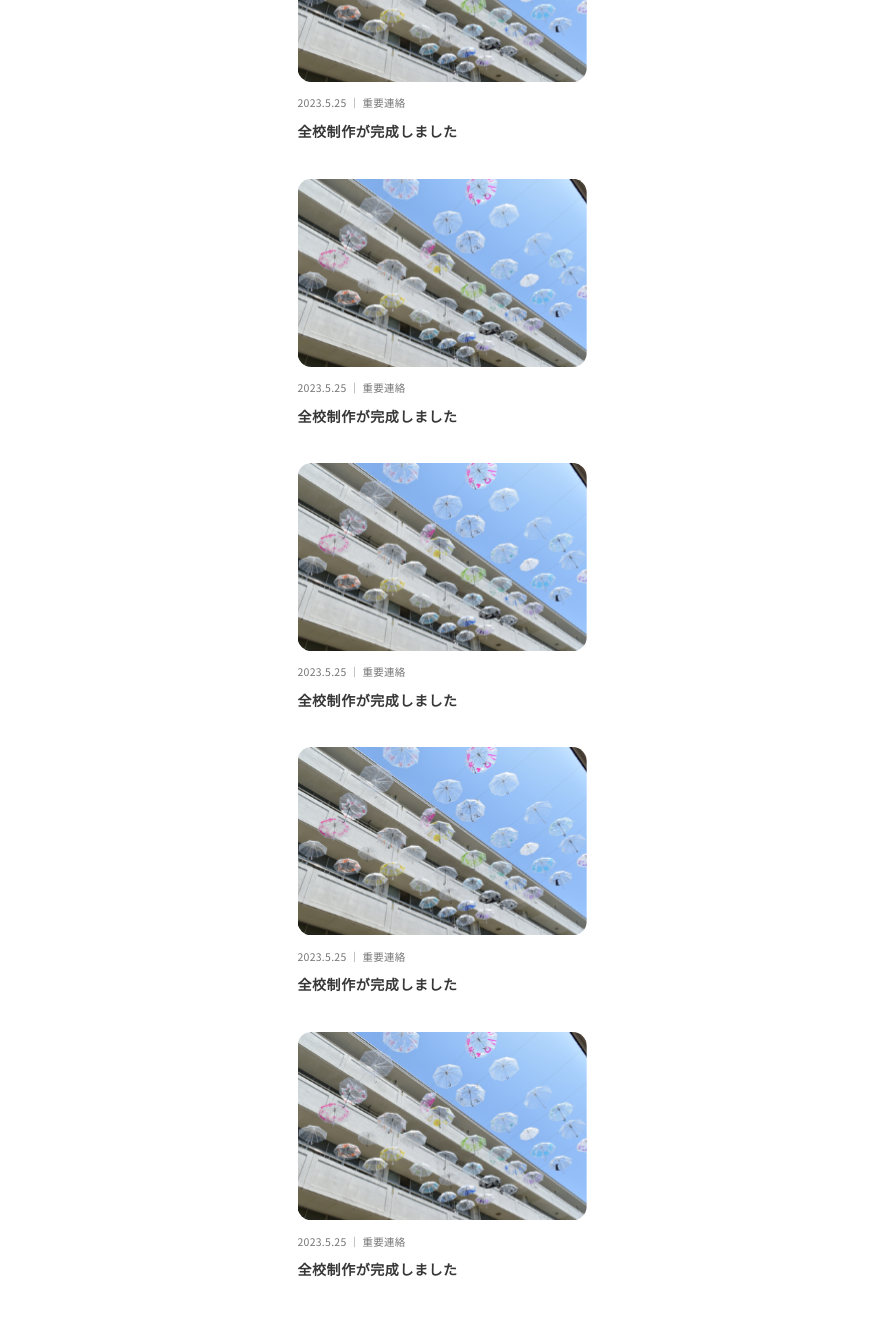
Repository: Mochimochimarimo/sample
Page: article.html
The author's editor kept a copy of each file at every save. The page is drawn from the files as they stood at one save, then again after the next save.
The browser window is 1280 px wide. The pictures show the part of the page from y = 2376 to 4276 px (the page is 4596 px tall before and 5003 px after), at 70% of full size.
A picture or video elsewhere on the page could not be fetched, so the positions and the page height are approximate. Some web fonts or font styles are not loaded; a fallback is used.

Above is the page before, as saved 2023-04-30 23:14:40.

### article.html
<!DOCTYPE html>
<html>
    <head>
        <meta charset="utf-8">
        <meta name="viewport" content="width=device-width, initial-scale=1">
        <title>新着投稿-彩西祭2023</title>
        <meta name="description" content="メタディスクリプション" />
        <link rel="stylesheet" href="https://cdn.jsdelivr.net/npm/swiper@9/swiper-bundle.min.css" />
        <link rel="stylesheet" href="css/style.css">
        <link rel="stylesheet" href="css/article.css">
        <!-- Favicon設定-->
        <link rel="apple-touch-icon" href="">
        <link type="image/x-icon" rel="icon" href="">
        <!-- OG image settings-->
        <meta property="og:description" content="メタディスクリプション">
        <meta property="og:image" content="file/og_image.png">
        <!--Google Fonts読み込み-->
        <link rel="preconnect" href="https://fonts.googleapis.com">
        <link rel="preconnect" href="https://fonts.gstatic.com" crossorigin>
        <link
            href="https://fonts.googleapis.com/css2?family=Noto+Sans+JP:wght@400;500;700&family=Zen+Kaku+Gothic+Antique:wght@500;700&family=Zen+Kaku+Gothic+New:wght@500;700&display=swap"
            rel="stylesheet">
    </head>
    <body>
        <header>
            <a href="index.html"><img id="header_icon" src="files/header_icon.png"></a>
            <!--  ハンバーガーボタン  -->
            <div class="hamburger"><span></span><span></span><span></span></div>
            <nav class="hamburger_list">
                <div id="header_top" class="header_menu"><a href="index.html" class="header_menu"><h1>トップページ</h1></a></div>
                <div id="header_contents" class="header_menu toggle_menu"><a href="index.html#section_contents" class="header_menu"><h1>コンテンツ</h1></a><div class="subMenu"><span></span><span></span></div></div>
                <a class="menu_open" href="pamphlet.html"><h3>デジタル版パンフレット</h3></a>
                <a class="menu_open" href="themeillust.html"><h3>テーマイラスト紹介</h3></a>
                <a class="menu_open" href="map.html"><h3>校内マップ</h3></a>
                <a class="menu_open" href="tenji.html"><h3>展示内容紹介</h3></a>
                <div id="header_articles" class="header_menu"><a href="articles.html"><h1>記事一覧</h1></a></div>
                <div id="header_about" class="header_menu"><a href="about.html" class="header_menu"><h1>彩西祭について</h1></a></div>
            </nav>
            <div class="circle-bg"></div>
        </header>
        <div id="topImage">
            <img id="topImage_desktop" src="files/article_top.png" alt="">
        </div>
        <div class="section">
            <div id="article_title"><h1>【生徒執筆記事】当日の様子①</h1></div>
            <div id="article_organization">
                <img src="files/article_art.svg" alt="">
            </div>
            <div id="article_text">
                <p>　今年度の彩西祭の開催形式が決定したのでお知らせします。コロナ感染の状況が不安定であるため一般公開は行いません。（本校生徒保護者については決定次第お伝えします。）実際にいらっしゃることを楽しみにしてくださった方、申し訳ございません。
                <br>　その代わり、このホームページの展示案内のページでは、各HR展・部展の見所などを掲載する予定です。また、このホームページにて吹奏楽部・弦楽部・演劇部などの発表の様子を録画、編集した映像の一部を後日、YouTubeにて限定公開する予定です。さらに、この記事ページでも、これから準備の様子や当日の様子などを描く予定なのでお楽しみに！
                </p>
            </div>
        </div>
        <div id="article_img" class="section"><img src="files/article_example.png" alt=""></div>
        <div id="section_articles" class="section">
            <div class="title">
                <img class="title_svg" src="files/articles.svg">
            </div>
            <a href="#"><img id="articles_link" src="files/news_link.svg"></a>
            <div class="articles_holder">
                <a href="#">
                    <div id="articles1" class="articles_contents">
                        <img src="files/articles_img.svg" alt="">
                        <div class="articles_description">
                            <p>2023.5.25 ｜ 重要連絡</p>
                            <h1>全校制作が完成しました</h1>
                        </div>
                    </div>
                </a>
                <a href="#">
                    <div id="articles2" class="articles_contents">
                        <img src="files/articles_img.svg" alt="">
                        <div class="articles_description">
                            <p>2023.5.25 ｜ 重要連絡</p>
                            <h1>全校制作が完成しました</h1>
                        </div>
                    </div>
                </a>
                <a href="#">
                    <div id="articles3" class="articles_contents">
                        <img src="files/articles_img.svg" alt="">
                        <div class="articles_description">
                            <p>2023.5.25 ｜ 重要連絡</p>
                            <h1>全校制作が完成しました</h1>
                        </div>
                    </div>
                </a>
                <a href="#">
                    <div id="articles4" class="articles_contents">
                        <img src="files/articles_img.svg" alt="">
                        <div class="articles_description">
                            <p>2023.5.25 ｜ 重要連絡</p>
                            <h1>全校制作が完成しました</h1>
                        </div>
                    </div>
                </a>
                <a href="#">
                    <div id="articles5" class="articles_contents">
                        <img src="files/articles_img.svg" alt="">
                        <div class="articles_description">
                            <p>2023.5.25 ｜ 重要連絡</p>
                            <h1>全校制作が完成しました</h1>
                        </div>
                    </div>
                </a>
                <!--最後のみボーダーを消すスタイル追加-->
                <a href="#">
                    <div id="articles6" class="articles_contents" style="border:none;">
                        <img src="files/articles_img.svg" alt="">
                        <div class="articles_description">
                            <p>2023.5.25 ｜ 重要連絡</p>
                            <h1>全校制作が完成しました</h1>
                        </div>
                    </div>
                </a>
            </div>
        </div>
        <footer>
            <div class="footer_contents">
                <div class="footer_icon"><img src="files/header_icon.svg" alt=""></div>
                <div class="footer_items" id="footer_items_1">
                    <a href="#"><img src="files/footer_about.svg" alt=""></a>
                    <a href="#"><img src="files/footer_map.svg" alt=""></a>
                    <a href="#"><img src="files/footer_timetable.svg" alt=""></a>
                </div>
                <div class="footer_items" id="footer_items_2">
                    <a href="#"><img src="files/footer_display.svg" alt=""></a>
                    <a href="#"><img src="files/footer_HP.svg" alt=""></a>
                </div>
                <div class="school_addres"><img src="files/school_addres.svg" alt=""></div>
            </div>
        </footer>
        <!--jQuery読み込み-->
        <script src="https://code.jquery.com/jquery-3.4.1.min.js" integrity="sha256-CSXorXvZcTkaix6Yvo6HppcZGetbYMGWSFlBw8HfCJo=" crossorigin="anonymous"></script>
        <!--Hamburger buttond JS-->
        <script>
            $(function() {
                $('.hamburger').click(function() {
                    $(this).toggleClass('active');

                    if ($(this).hasClass('active')) {
                        $('.hamburger_list').addClass('active');
                        $(".circle-bg").addClass('circleactive');//丸背景にcircleactiveクラスを付与
                    } else {
                        $('.hamburger_list').removeClass('active');
                        $(".circle-bg").removeClass('circleactive');//丸背景にcircleactiveクラスを付与
                    }
                });

                $('.subMenu').click(function() {
                    $(this).toggleClass('active');

                    if ($(this).hasClass('active')) {
                        $('.subMenu').addClass('active');
                        $('.menu_open').addClass('active');
                    } else {
                        $('.subMenu').removeClass('active');
                        $('.menu_open').removeClass('active');
                    }
                });

            });
        </script>
    </body>
</html>

### css/style.css
/* ページ内にid指定でリンクする際にスクロールアニメーションを表示するため*/
html{scroll-behavior: smooth;}

/*スタイルリセット＋リンクホバーアニメーション追加*/
body{
    margin: 0;
    padding: 0;
    border: 0;
    -webkit-text-size-adjust: 100%;
    z-index: 10;
}

a{
    color: #333;
    margin: 0;
    padding: 0;
    text-decoration: none;
}

a:hover,
a:active{
    text-decoration: none;
    cursor: pointer;
}

header{
    position: fixed;
    top: 0px;
    left: 0px;
    background-color: rgb(255, 255, 255);
    z-index: 100;
}
/*スマホ用のスタイル*/
@media only screen and (max-width: 600px) {
    header{
        width: 100%;
        height: 60px;
        border-bottom: 1px solid #BFBFBF ;
        background-color: white;
        z-index: 90;
    }

    #header_icon{
        width:120px;
        top: 6px;
        left: 13px;
        position: fixed;
        margin: 0;
        z-index: 904;
    }


    /*　ハンバーガーボタン　*/
    .hamburger {
        display : block;
        position: fixed;
        z-index : 903;
        right : 13px;
        top   : 12px;
        width : 42px;
        height: 42px;
        cursor: pointer;
        text-align: center;
    }
    .hamburger span {
        display : block;
        position: absolute;
        width   : 30px;
        height  : 2px ;
        left    : 6px;
        background : #555;
        -webkit-transition: 0.3s ease-in-out;
        -moz-transition   : 0.3s ease-in-out;
        transition        : 0.3s ease-in-out;
    }
    .hamburger span:nth-child(1) {
        top: 10px;
    }
    .hamburger span:nth-child(2) {
        top: 20px;
    }
    .hamburger span:nth-child(3) {
        top: 30px;
    }

    /* ナビ開いてる時のボタン */
    .hamburger.active span:nth-child(1) {
        top : 16px;
        left: 6px;
        -webkit-transform: rotate(-45deg);
        -moz-transform   : rotate(-45deg);
        transform        : rotate(-45deg);
    }

    .hamburger.active span:nth-child(2),
    .hamburger.active span:nth-child(3) {
        top: 16px;
        -webkit-transform: rotate(45deg);
        -moz-transform   : rotate(45deg);
        transform        : rotate(45deg);
    }


    nav.hamburger_list {
        margin: 0;
        padding:  0;
        border: 0;
        position: fixed;
        z-index : -1;
        opacity: 0;
        top  : 60px;
        left : 0%;
        color: #000;
        text-align: left;
        transition: all 0.6s;
        width: 100%;
        height: 160px;
        pointer-events: none;
    }

    /* このクラスを、jQueryで付与・削除する */
    nav.hamburger_list.active {
        z-index : 902;
        opacity: 100%;
        pointer-events: auto;
    }

    .menu_open h3{
        -webkit-transition: 0.3s ease-in-out;
        -moz-transition   : 0.3s ease-in-out;
        transition        : 0.3s ease-in-out;
        translate: 0px -200px;
        z-index: 80;
        pointer-events: none;
        display: none;
    }

    .menu_open.active h3{
        translate:0px 0px;
        pointer-events: auto;
        display: block;
    }

    .subMenu{
        position: absolute;
        right: 0px;
        height: 100%;
        width: 20px;
        top: 0px;
    }

    .subMenu span{
        display : block;
        position: absolute;
        width   : 16px;
        height  : 2px ;
        right    : 3vw;
        top: calc(100% / 2);
        background : #464646;
        -webkit-transition: 0.3s ease-in-out;
        -moz-transition   : 0.3s ease-in-out;
        transition        : 0.3s ease-in-out;
    }

    .subMenu span:nth-child(2){
        -webkit-transform: rotate(90deg);
        -moz-transform   : rotate(90deg);
        transform        : rotate(90deg);
    }

    .subMenu.active span:nth-child(2){
        opacity: 0;
        -webkit-transform: rotate(-90deg);
        -moz-transform   : rotate(-90deg);
        transform        : rotate(-90deg);
    }

    .header_menu{
        position: relative;
        width: 86vw;
        margin:0 0 0 5vw;
        padding:  25px 2vw;
        border-top:0.5px solid #CCCCCC;
        background-color: white;
        z-index: 90;
    }

    nav.hamburger_list h1{
        font-family: 'Zen Kaku Gothic Antique';
        font-style: normal;
        font-weight: 700;
        font-size: 17px;
        line-height: 100%;
        letter-spacing: -0.005em;
        color: #464646;
        margin: 0;
        padding: 0;
    }

    nav.hamburger_list h3{
        font-family: 'Zen Kaku Gothic Antique';
        font-style: normal;
        font-weight: 500;
        font-size: 15px;
        line-height: 100%;
        letter-spacing: -0.005em;
        color: #343434;
        margin: 10px 7vw 30px;
    }

    nav.hamburger_list a{
        text-decoration: none;
        color: black;
        margin:0px;
        padding: 0px;
        width: fit-content;
        display: block;
        border: none !important;
    }

    #header_articles p{
        margin: 30px 0 4px 2px !important;
    }

    /*丸の拡大*/
    .circle-bg{
        position: fixed;
        z-index:3;
        /*丸の形*/
        width: 100px;
        height: 100px;
        border-radius: 50%;
        background: #ffffff;
        /*丸のスタート位置と形状*/
        transform: scale(0);/*scaleをはじめは0に*/
        right:-50px;
        top:-50px;
        transition: all .6s;/*0.6秒かけてアニメーション*/
    }

    .circle-bg.circleactive{
        transform: scale(50);/*クラスが付与されたらscaleを拡大*/
    }

    footer{
        position: relative;
        background-color: #F5F5F5;
        height: 350px;
    }

    .footer_icon img{
        margin-top: 35px;
        width: 34vw;
    }

    .footer_contents{
        position: relative;
        margin-left: 10%;
        display: flex;
        height: 350px;
    }

    #footer_items_1{
        left: 0;
    }

    #footer_items_2{
        left: 40vw;
    }

    .footer_items{
        position: absolute;
        top: 95px;
    }

    .footer_items img{
        height: 3.5vw;
    }

    .school_addres{
        position: absolute;
        bottom: 10px;
    }

    .school_addres img{
        width: 75vw;
    }

    footer a{
        display: block;
        margin-top: 25px;
    }
}


/*タブレット・パソコン用のスタイル*/
@media only screen and (min-width: 600px) {
    header{
        width: 100%;
        height: 60px;
        border-bottom: 1px solid #BFBFBF ;
        background-color: white;
        z-index: 90;
    }

    #header_icon{
        width:120px;
        top: 4px;
        left: 20px;
        position: fixed;
        margin: 0;
        z-index: 904;
    }


    /*　ハンバーガーボタン　*/
    .hamburger {
        display: none;
    }

    nav.hamburger_list {
        margin: 0;
        padding:  0;
        border: 0;
        position: fixed;
        top  : 0;
        left : 0%;
        color: #000;
        text-align: left;
        transition: all 0.6s;
        width: 100%;
        z-index : 902;
        opacity: 100%;
        pointer-events: auto;

    }

    /* このクラスを、jQueryで付与・削除する */
    nav.hamburger_list.active {
    }

    .menu_open a{
        display: none;
    }

    .menu_open h3{
        display: none ;
    }

    .header_menu{
        position: relative;
        width: 130px;
        margin:0;
        padding: 0px ;
        z-index: 90;
        display: inline-block;
        text-align: center;
    }

    .subMenu span{
        display: none;
    }

    .subMenu{
        display: none;
    }

    .header_menu{
        position: fixed;
        top: 20px;
    }

    #header_top{
        right: 380px;
    }

    #header_contents{
        right: 240px;
    }

    #header_articles{
        right: 110px;
    }

    #header_about{
        right: 0px;
    }

    nav.hamburger_list h1{
        display: inline-block;
        font-family: 'Zen Kaku Gothic Antique';
        font-style: normal;
        font-weight: 700;
        font-size: 15px;
        line-height: 100%;
        letter-spacing: 0.045em;
        color: #464646;
        margin: 0;
        padding: 0;

    }

    nav.hamburger_list h3{
        font-family: 'Zen Kaku Gothic Antique';
        font-style: normal;
        font-weight: 500;
        font-size: 15px;
        line-height: 100%;
        letter-spacing: -0.005em;
        color: #343434;
        margin: 10px 7vw 30px;
    }

    nav.hamburger_list a{
        text-decoration: none;
        color: black;
        margin:0px;
        padding: 0px;
        width: fit-content;
        display: block;
        border: none !important;
    }

    footer{
        position: relative;
        background-color: #F5F5F5;
        margin-top: 80px;
        height: 300px;
    }

    .footer_icon{
        position: absolute;
        top: 50px;
    }

    .footer_icon img{
        width: 170px;

    }

    .footer_contents{
        position: relative;
        margin-left: 10%;
        display: flex;
        height: 300px;
    }


    #footer_items_1{
        left: 400px;
    }

    #footer_items_2{
        left: 650px;
    }

    .footer_items{
        position: absolute;
        top: 30px;
    }

    .footer_items img{
        height: 15px;
    }

    .school_addres{
        position: absolute;
        bottom: 20px;
    }

    .school_addres img{
        width: 330px;
    }

    footer a{
        display: block;
        margin-top: 30px;
    }


}

### css/article.css
/*スマホ用のスタイル*/
@media only screen and (max-width: 600px) {

}

/*タブレット・パソコン用のスタイル*/
@media only screen and (min-width: 600px) {
    #topImage_mobile{
        display: none;
    }

    #topImage_desktop{
        width:100%;
    }

    .section{
        position: relative;
        content: "";
        width: 600px;
        margin-left: calc(50vw - 300px);
        margin-top: 80px;
    }

    #article_img img{
        width:auto;
        height:auto;
        max-width:100%;
        max-height:100%;
    }

    #article_title h1{
        top: 0px;
        font-family: 'Noto Sans JP', sans-serif;
        font-weight: 500;
        font-size: 28px;
        letter-spacing: 0.025em;
        line-height: 240.5%;
        color: black;
    }

    #article_text p{
        margin-top: 40px;
        font-family: 'Noto Sans JP', sans-serif;
        font-weight: 500;
        font-size: 18px;
        letter-spacing: 0.025em;
        line-height: 240.5%;
        color: black;
    }

    .body_content{
        position: relative;
        content: "";
        width: 70%;
        margin-left: 15%;
        margin-top: 80px;
    }

    .articles_holder{
        display: flex;
        flex-wrap: wrap;
        justify-content: space-around;
    }

    .articles_contents{
        margin-top: 40px;
        margin-right: 80px;
        width: 350px;
        opacity: 1;
    }

    #articles_link{
        position: absolute;
        left: 85%;
        top: 20px;
    }

    .articles_contents p{
        top: 0px;
        font-family: 'Noto Sans JP', sans-serif;
        font-weight: 500;
        font-size: 15px;
        letter-spacing: 0.025em;
        color: #767676;
    }

    .articles_contents h1{
        top: 38px;
        font-family: 'Yu Gothic';
        font-weight: 700;
        font-size: 20px;
        letter-spacing: 0.04em;
        color: #373737;
    }



}

After the next save:
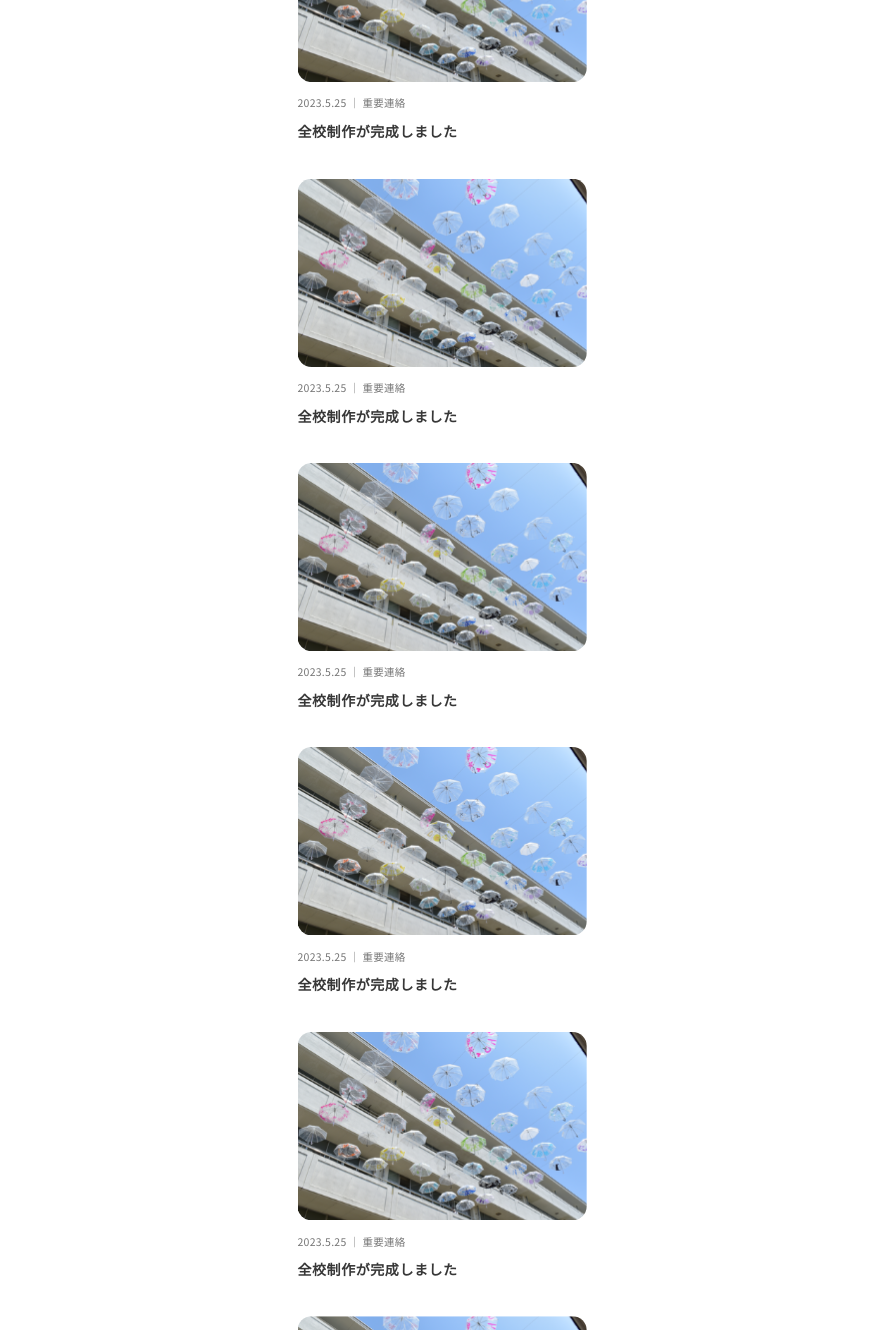
Saved 4 days later.
--- a/article.html
+++ b/article.html
@@ -59,61 +59,71 @@
             </div>
             <a href="#"><img id="articles_link" src="files/news_link.svg"></a>
             <div class="articles_holder">
-                <a href="#">
-                    <div id="articles1" class="articles_contents">
+                <div class="articles_contents">
+                     <a href="#">
                         <img src="files/articles_img.svg" alt="">
                         <div class="articles_description">
                             <p>2023.5.25 ｜ 重要連絡</p>
                             <h1>全校制作が完成しました</h1>
                         </div>
-                    </div>
-                </a>
-                <a href="#">
-                    <div id="articles2" class="articles_contents">
+                    </a>
+                </div>
+                <div class="articles_contents">
+                     <a href="#">
                         <img src="files/articles_img.svg" alt="">
                         <div class="articles_description">
                             <p>2023.5.25 ｜ 重要連絡</p>
                             <h1>全校制作が完成しました</h1>
                         </div>
-                    </div>
-                </a>
-                <a href="#">
-                    <div id="articles3" class="articles_contents">
+                    </a>
+                </div>
+                <div class="articles_contents">
+                     <a href="#">
                         <img src="files/articles_img.svg" alt="">
                         <div class="articles_description">
                             <p>2023.5.25 ｜ 重要連絡</p>
                             <h1>全校制作が完成しました</h1>
                         </div>
-                    </div>
-                </a>
-                <a href="#">
-                    <div id="articles4" class="articles_contents">
+                    </a>
+                </div>
+                <div  class="articles_contents">
+                     <a href="#">
                         <img src="files/articles_img.svg" alt="">
                         <div class="articles_description">
                             <p>2023.5.25 ｜ 重要連絡</p>
                             <h1>全校制作が完成しました</h1>
                         </div>
-                    </div>
-                </a>
-                <a href="#">
-                    <div id="articles5" class="articles_contents">
+                    </a>
+                </div>
+                <div class="articles_contents">
+                     <a href="#">
                         <img src="files/articles_img.svg" alt="">
                         <div class="articles_description">
                             <p>2023.5.25 ｜ 重要連絡</p>
                             <h1>全校制作が完成しました</h1>
                         </div>
-                    </div>
-                </a>
-                <!--最後のみボーダーを消すスタイル追加-->
-                <a href="#">
-                    <div id="articles6" class="articles_contents" style="border:none;">
+                    </a>
+                </div>
+                <div class="articles_contents">
+                    <a href="#">
                         <img src="files/articles_img.svg" alt="">
                         <div class="articles_description">
                             <p>2023.5.25 ｜ 重要連絡</p>
                             <h1>全校制作が完成しました</h1>
                         </div>
-                    </div>
-                </a>
+                    </a>
+                </div>
+
+                <!--最後のみボーダーを消すスタイル追加-->
+                <div class="articles_contents" style="border:none;">
+
+                        <img src="files/articles_img.svg" alt="">
+                        <div class="articles_description">
+                            <p>2023.5.25 ｜ 重要連絡</p>
+                            <h1>全校制作が完成しました</h1>
+                        </div>
+                </div>
+
             </div>
         </div>
         <footer>
